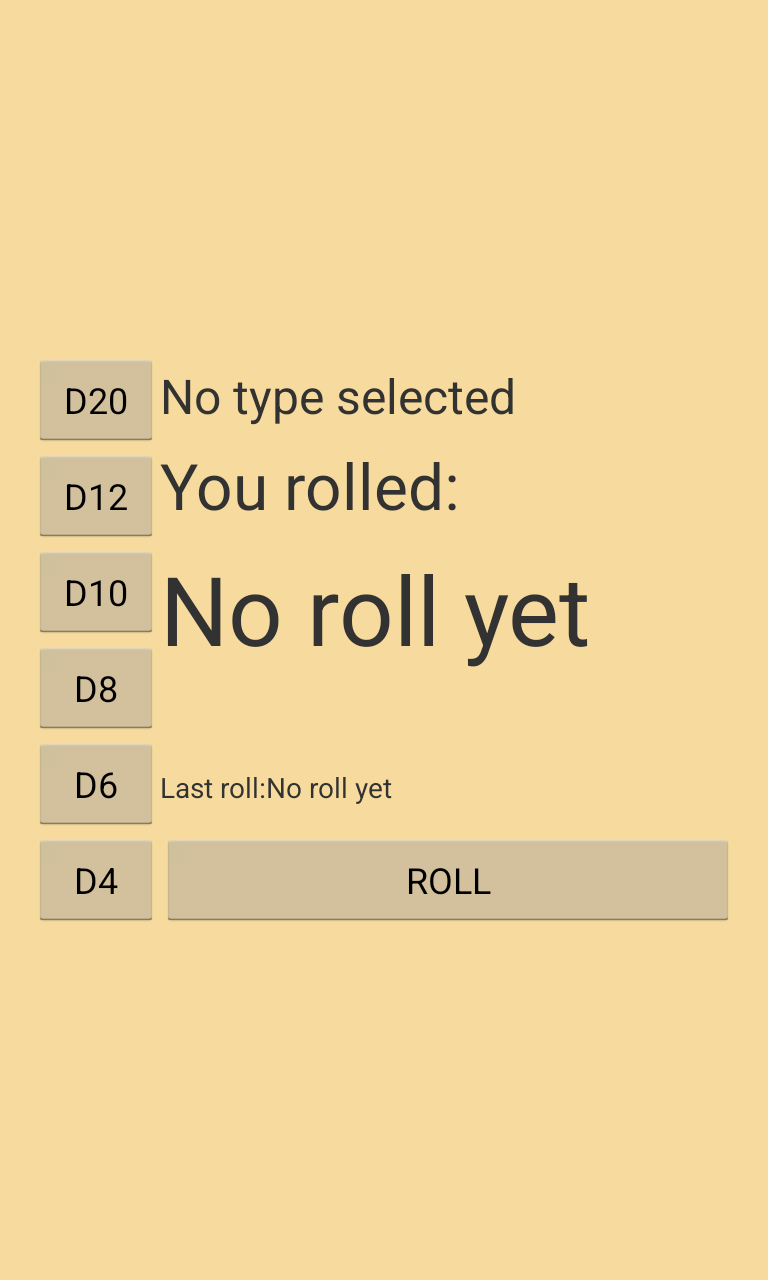
Repository: Bjodol/Roller
Layout: Roller3/res/layout/activity_main.xml
These files come from the project's save history. The layout is drawn as it stood at one moment and after the next save; the edit follows.
It is drawn on a 768 x 1280 px phone screen (xhdpi) without system bars, with theme AppTheme; the app's code is not run. The app's manifest (not shown) leaves right-to-left support off. So textAlignment, textDirection and layoutDirection are ignored, and left and right values win over start and end ones.

Above is the layout before, as saved 2013-08-31 08:37:25.

### Roller3/res/layout/activity_main.xml
<RelativeLayout xmlns:android="http://schemas.android.com/apk/res/android"
    xmlns:tools="http://schemas.android.com/tools"
    android:layout_width="fill_parent"
    android:layout_height="fill_parent"
    android:background="@color/Beige"
    android:gravity="center"
    android:paddingBottom="@dimen/activity_vertical_margin"
    android:paddingLeft="@dimen/activity_horizontal_margin"
    android:paddingRight="@dimen/activity_horizontal_margin"
    android:paddingTop="@dimen/activity_vertical_margin"
    tools:context=".MainActivity" >

    <Button
        android:id="@+id/d20"
        android:layout_width="wrap_content"
        android:layout_height="wrap_content"
        android:layout_alignParentLeft="true"
        android:onClick="d20"
        android:text="@string/d20" />

    <Button
        android:id="@+id/d12"
        android:layout_width="wrap_content"
        android:layout_height="wrap_content"
        android:layout_alignLeft="@+id/d20"
        android:layout_below="@+id/d20"
        android:onClick="d12"
        android:text="@string/d12" />

    <TextView
        android:id="@+id/dice_type"
        android:layout_width="wrap_content"
        android:layout_height="wrap_content"
        android:layout_alignBaseline="@id/d20"
        android:layout_toRightOf="@id/d20"
        android:text="@string/noDiceType"
        android:textAlignment="center"
        android:textSize="24sp" />

    <TextView
        android:id="@+id/current_roll_text"
        android:layout_width="wrap_content"
        android:layout_height="wrap_content"
        android:layout_alignBaseline="@id/d12"
        android:layout_below="@id/dice_type"
        android:layout_toRightOf="@id/d12"
        android:text="@string/youRolled"
        android:textAlignment="center"
        android:textSize="32sp" />

    <TextView
        android:id="@+id/dice_throw"
        android:layout_width="wrap_content"
        android:layout_height="wrap_content"
        android:layout_alignBottom="@+id/d8"
        android:layout_alignTop="@+id/d10"
        android:layout_toRightOf="@id/d20"
        android:text="@string/noRolls"
        android:textAlignment="center"
        android:textSize="48sp" />

    <TextView
        android:id="@+id/last_roll_text"
        android:layout_width="wrap_content"
        android:layout_height="wrap_content"
        android:layout_alignBaseline="@+id/d6"
        android:layout_alignBottom="@+id/d6"
        android:layout_alignLeft="@+id/dice_throw"
        android:text="@string/lastRoll"
        android:textAlignment="center"
        android:textSize="14sp" />

    <TextView
        android:id="@+id/last_roll_value"
        android:layout_width="wrap_content"
        android:layout_height="wrap_content"
        android:layout_alignBaseline="@id/last_roll_text"
        android:layout_toRightOf="@id/last_roll_text"
        android:text="@string/noRolls"
        android:textAlignment="center"
        android:textSize="14sp" />

    <Button
        android:id="@+id/roll_button"
        android:layout_width="match_parent"
        android:layout_height="wrap_content"
        android:layout_alignBaseline="@+id/d4"
        android:layout_alignBottom="@+id/d4"
        android:layout_alignLeft="@+id/last_roll_text"
        android:onClick="roll"
        android:text="@string/roll" />

    <Button
        android:id="@+id/d10"
        android:layout_width="wrap_content"
        android:layout_height="wrap_content"
        android:layout_below="@+id/d12"
        android:layout_toLeftOf="@+id/current_roll_text"
        android:onClick="d10"
        android:text="@string/d10" />

    <Button
        android:id="@+id/d8"
        android:layout_width="wrap_content"
        android:layout_height="wrap_content"
        android:layout_below="@+id/d10"
        android:layout_toLeftOf="@+id/current_roll_text"
        android:onClick="d8"
        android:text="@string/d8" />

    <Button
        android:id="@+id/d6"
        android:layout_width="wrap_content"
        android:layout_height="wrap_content"
        android:layout_below="@+id/d8"
        android:layout_toLeftOf="@+id/current_roll_text"
        android:onClick="d6"
        android:text="@string/d6" />

    <Button
        android:id="@+id/d4"
        android:layout_width="wrap_content"
        android:layout_height="wrap_content"
        android:layout_below="@+id/d6"
        android:layout_toLeftOf="@+id/current_roll_text"
        android:onClick="d4"
        android:text="@string/d4" />

</RelativeLayout>

### Roller3/res/values/strings.xml
<?xml version="1.0" encoding="utf-8"?>
<resources>

    <string name="app_name">Roller</string>
    <string name="action_settings">Settings</string>
    <string name="d20">D20</string>
    <string name="d12">D12</string>
    <string name="d10">D10</string>
    <string name="d8">D8</string>
    <string name="d6">D6</string>
    <string name="d4">D4</string>
    <string name="roll">ROLL</string>
    <string name="youRolled">You rolled:</string>
    <string name="noRolls">No roll yet</string>
    <string name="lastRoll">Last roll:</string>
    <string name="noDiceType">No type selected</string>
    <color name="Purple">#9e14e8</color>
    <color name="Beige">#f7db9e</color>
    <color name="Bronze">#F0A804</color>

</resources>

Loaded but not shown: Roller3/res/values/styles.xml (common file); Roller3/res/values-v11/styles.xml (common file); Roller3/res/values-v14/styles.xml (common file); Roller3/res/values/dimens.xml (common file)

After the next save:
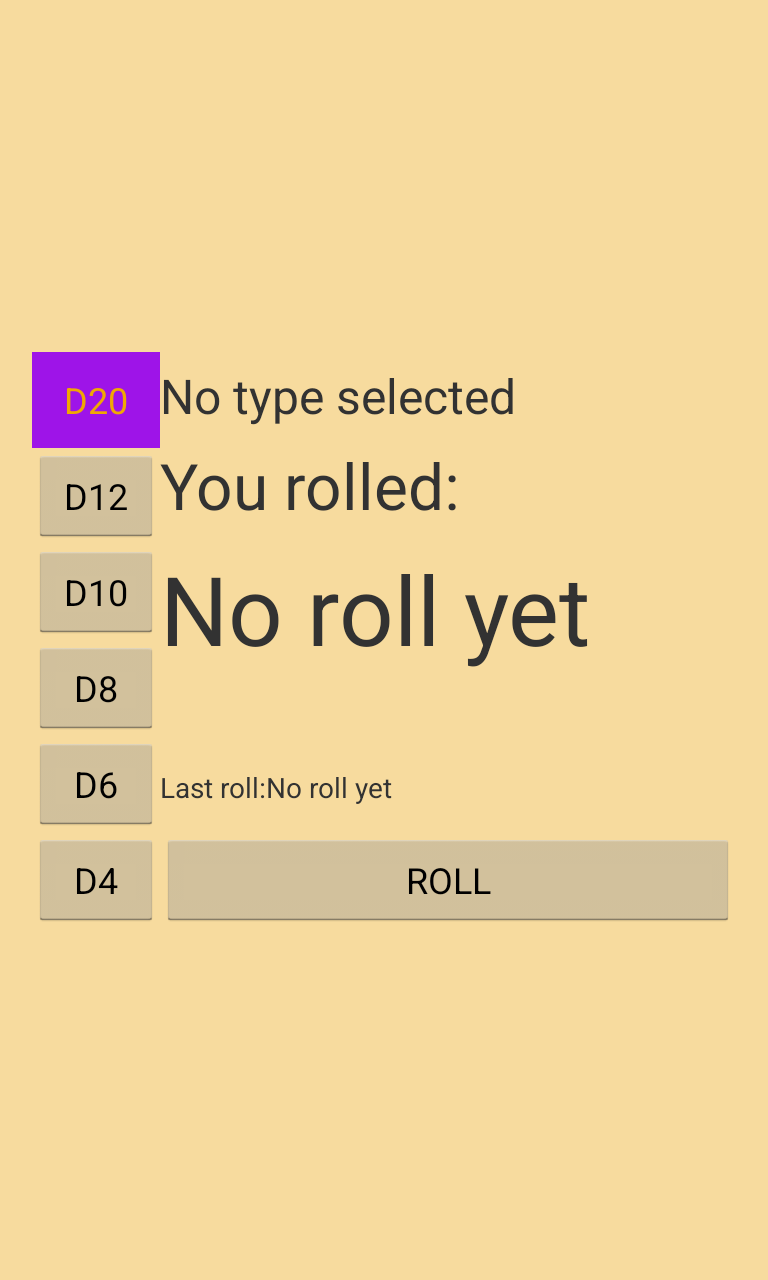
Saved 37 s later.
--- a/Roller3/res/layout/activity_main.xml
+++ b/Roller3/res/layout/activity_main.xml
@@ -12,6 +12,8 @@
 
     <Button
         android:id="@+id/d20"
+        android:background="@color/Purple"
+        android:textColor="@color/Bronze"
         android:layout_width="wrap_content"
         android:layout_height="wrap_content"
         android:layout_alignParentLeft="true"
